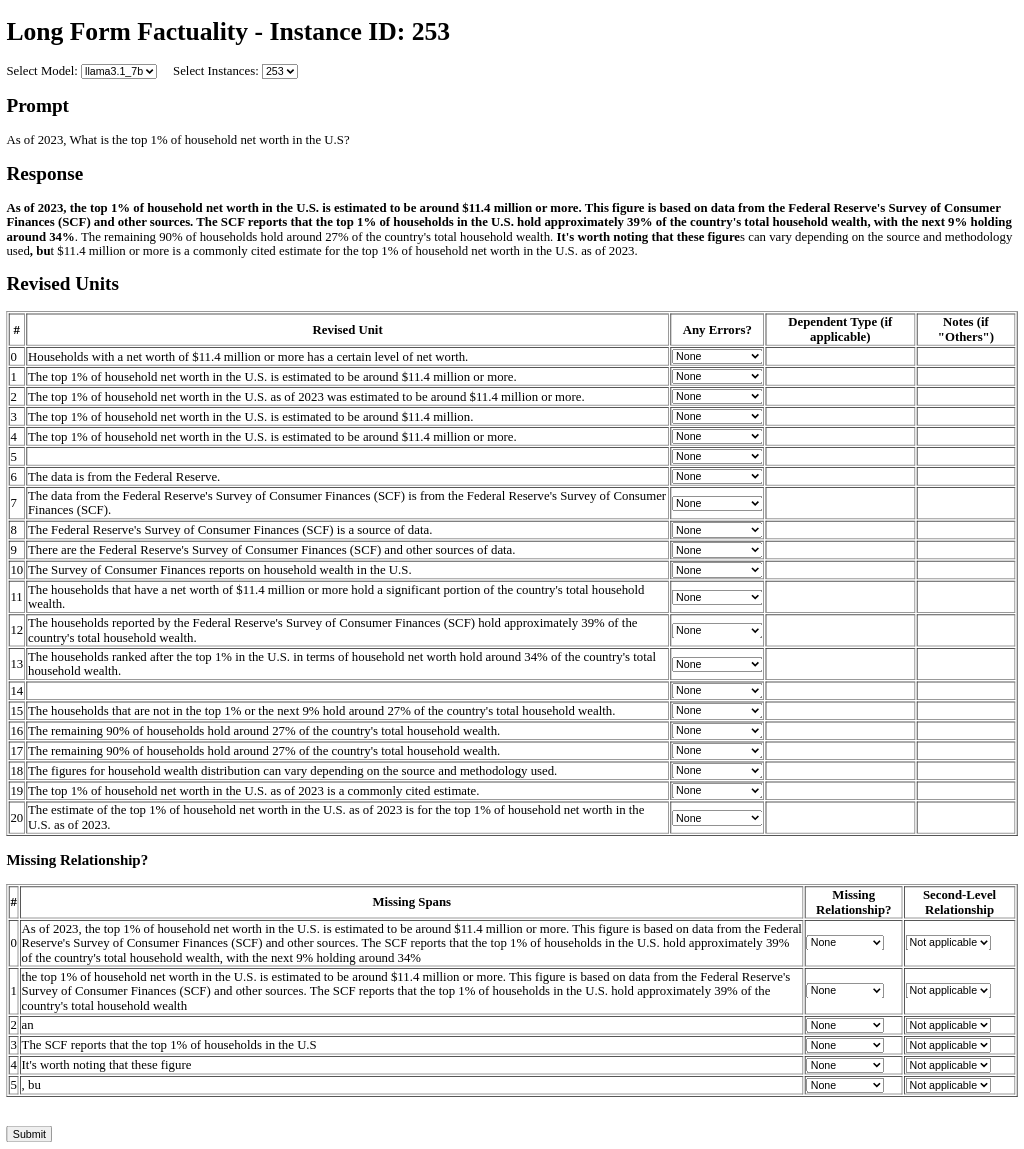
Repository: ShezaMunir/llm_annotation
Page: http://localhost/display/llama3.1_7b/253
These files come from the project's save history. The page is drawn as it stood at one moment and after the next save; the edit follows.
The browser window is 1280 px wide. The pictures show the whole page, at 80% of full size.
The page is served by the project's application, run on Flask 3 (app.py).

Above is the page before, as saved 2025-01-09 19:24:46.

After the next save:
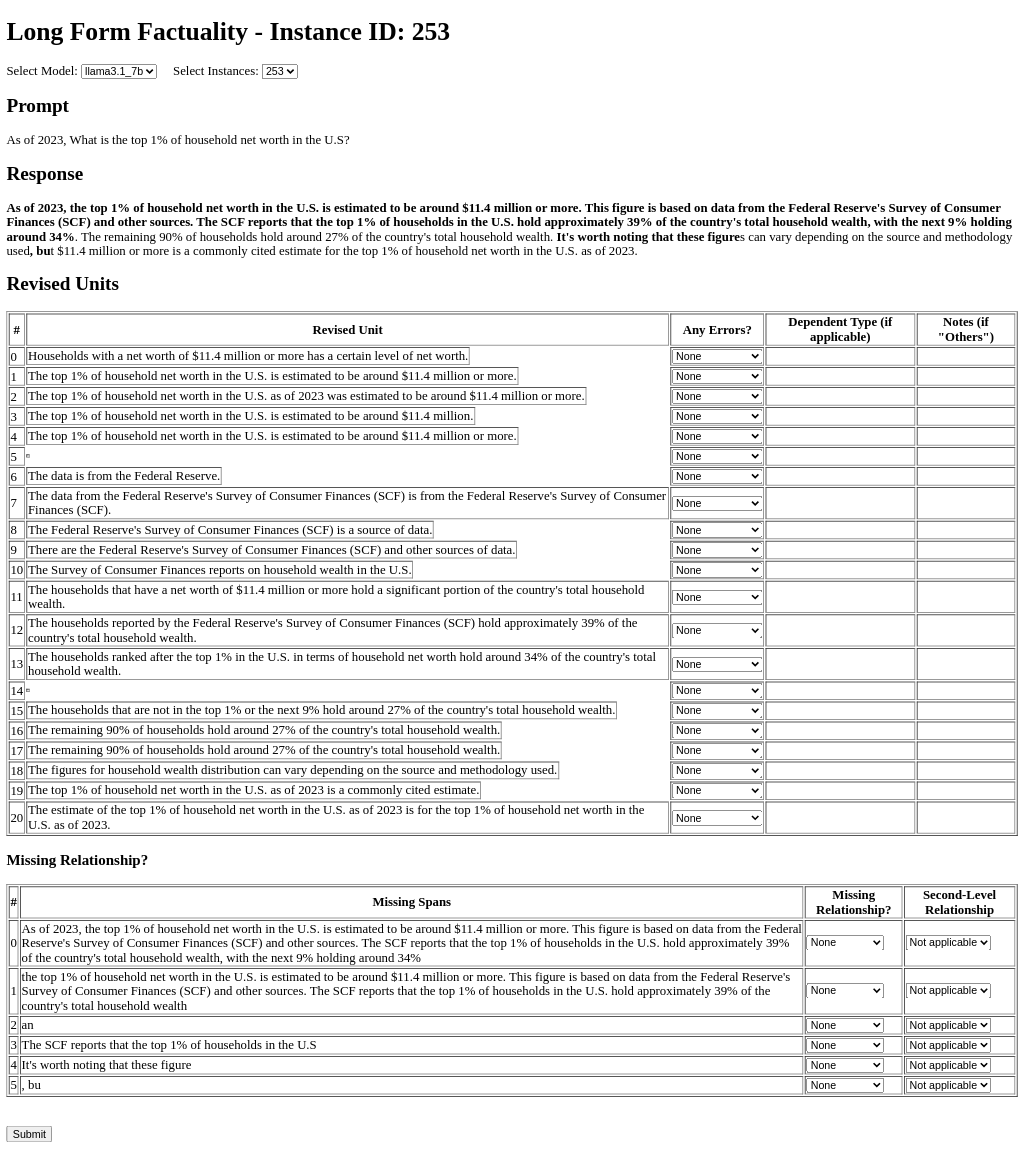
Saved 65 s later.
--- a/3rd_round_long_form_factuality_annotation/templates/display.html
+++ b/3rd_round_long_form_factuality_annotation/templates/display.html
@@ -99,7 +99,11 @@
                 {% for unit in data.revised_fact_jsonified_all %}
                     <tr>
                         <td>{{ loop.index0 }}</td>
-                        <td>{{ unit.revised_unit }}</td>
+                        <!-- Display Revised Unit with Tooltip -->
+                        <td class="tooltip">
+                            {{ unit.revised_unit }}
+                            <span class="tooltip-text">{{ unit.orig_sentence }}</span>
+                        </td>
                         <td>
                             <select name="error_type{{ loop.index0 }}" onchange="toggleFields(this, {{ loop.index0 }})" required>
                                 <option value="none" title="No issues with this unit.">None</option>
